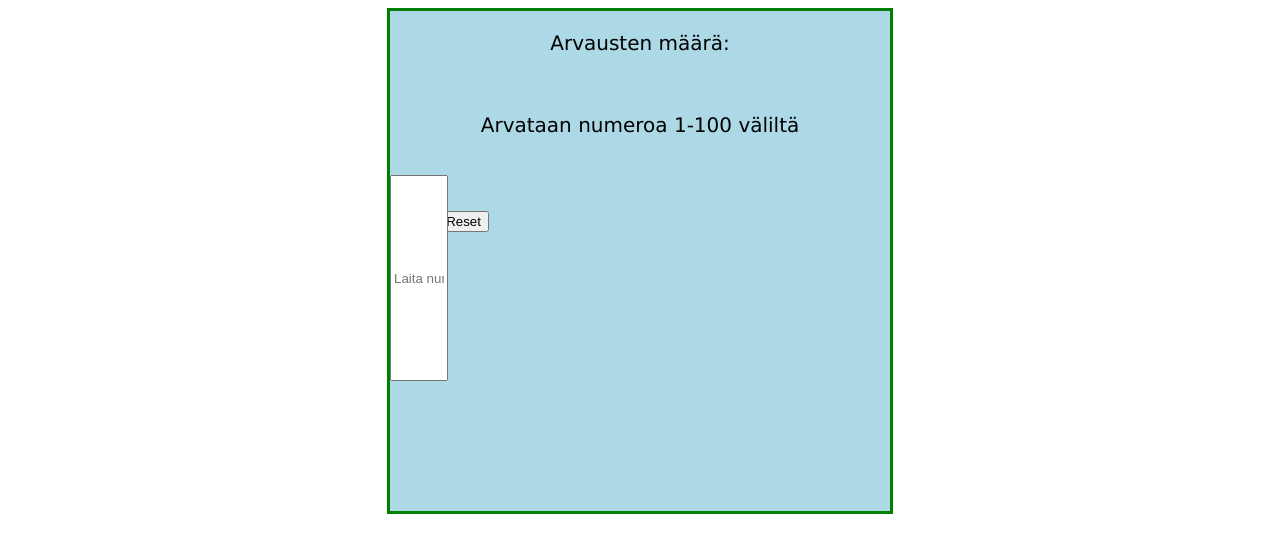
Repository: VadimZubchenko/numeronarvouspeli_JS
Page: public/index.html
An editor plug-in stored every save of this project. The page is shown before and after the next save, followed by the edit.
The browser window is 1280 px wide. The pictures show the whole page.

Above is the page before, as saved 2022-04-26 08:10:42.

After the next save:
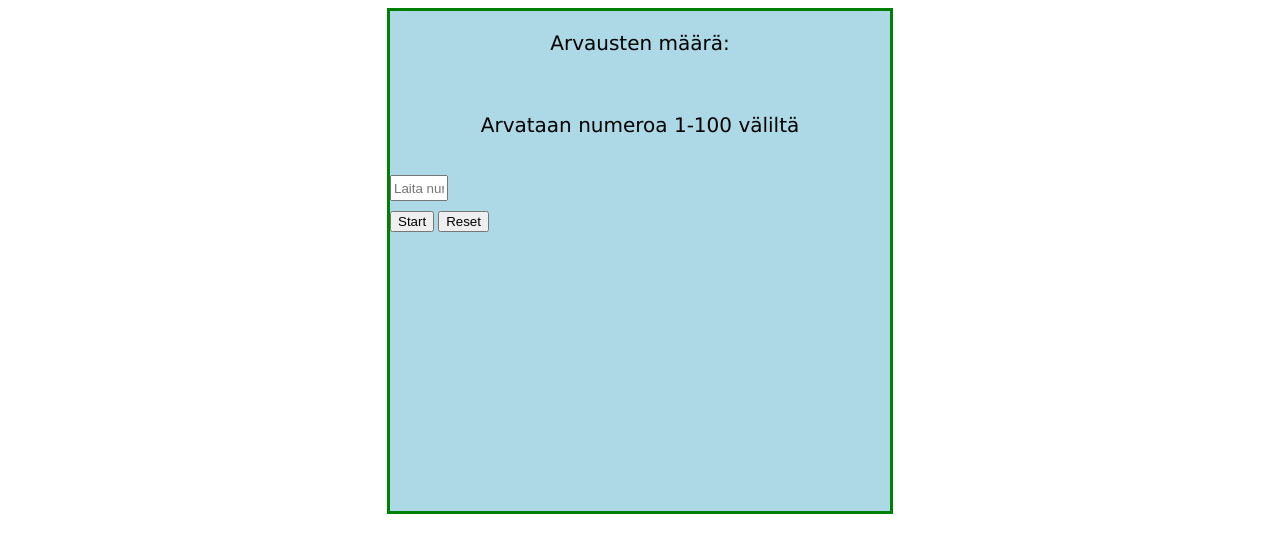
Saved 5 s later.
--- a/public/mystyle.css
+++ b/public/mystyle.css
@@ -9,7 +9,7 @@ div{
   background-color: lightblue;
 }
 input {
-  height: 200px;
+  height: 20px;
   width: 50px;
   color: black;
   text-align: center;
